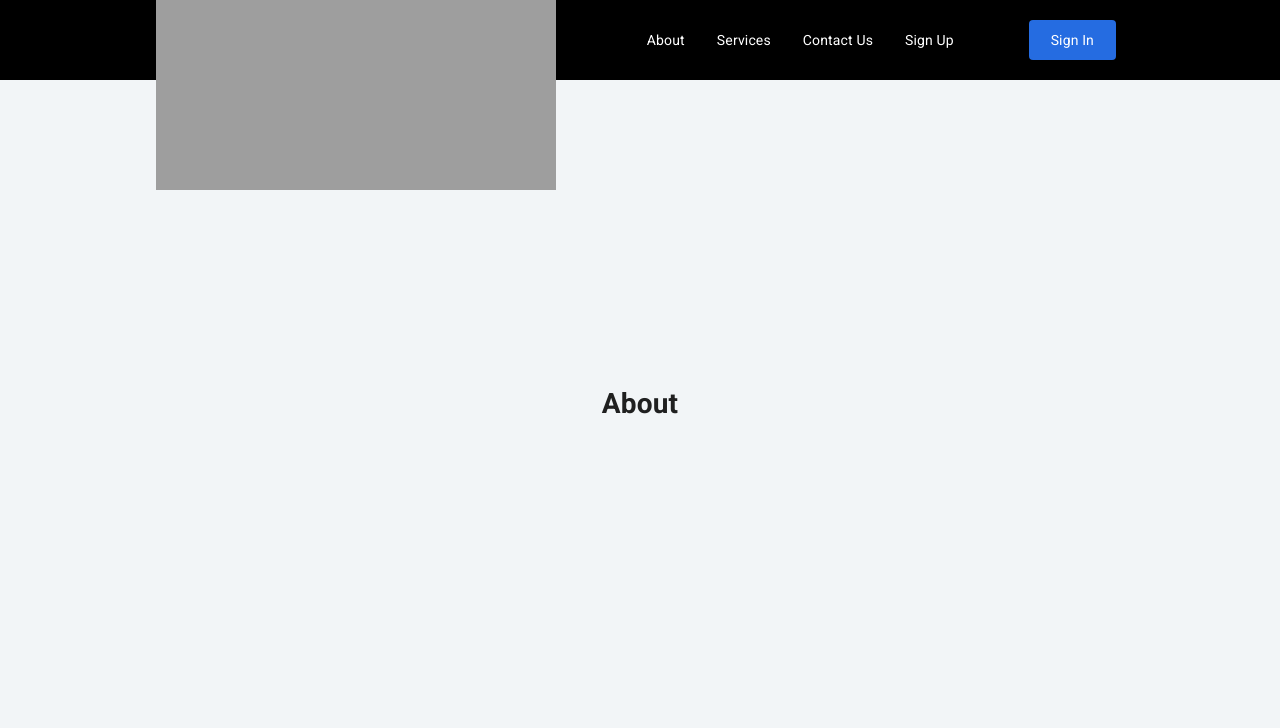
Repository: vinuvish/groundstandards_react
Page: /
These files come from the project's save history. The page is drawn as it stood at one moment and after the next save; the edit follows.
The browser window is 1280 px wide. The pictures show the whole page.
Pictures or frames that could not be fetched are drawn as grey boxes. The page's requests for data from a server got no answer. The project was rebuilt for these pictures with package versions that can differ from the ones it lists, and the page was loaded fresh each time. No one was signed in, and anything a server would have sent is missing. Also part of the build but not shown: src/pages/app/NotFoundPage.tsx, src/pages/app/SignUpPage.tsx, src/pages/app/AboutPage.tsx, src/pages/app/OurSolutionPage.tsx, src/pages/app/OurPartnerPage.tsx, src/pages/app/ResourcePage.tsx, src/pages/app/PressPage.tsx, src/pages/app/BlockPage.tsx and 1 more.

Above is the page before, as saved 2020-11-25 23:38:10.

After the next save:
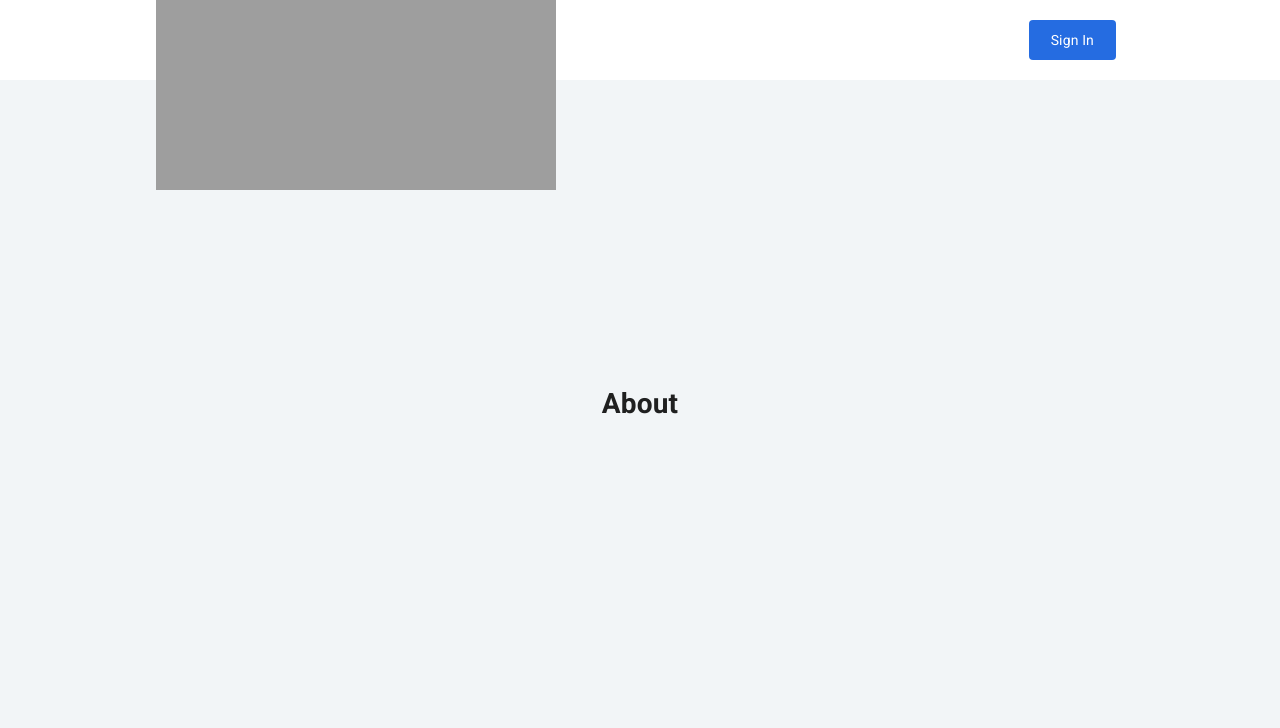
Saved 73 s later.
--- a/src/components/ZNavBar.tsx
+++ b/src/components/ZNavBar.tsx
@@ -51,7 +51,7 @@ function ZNavBar() {
 export default ZNavBar
 
 export const Nav = styled.nav`
-  background: #000;
+  background: white;
   height: 80px;
   display: flex;
   justify-content: space-between;
